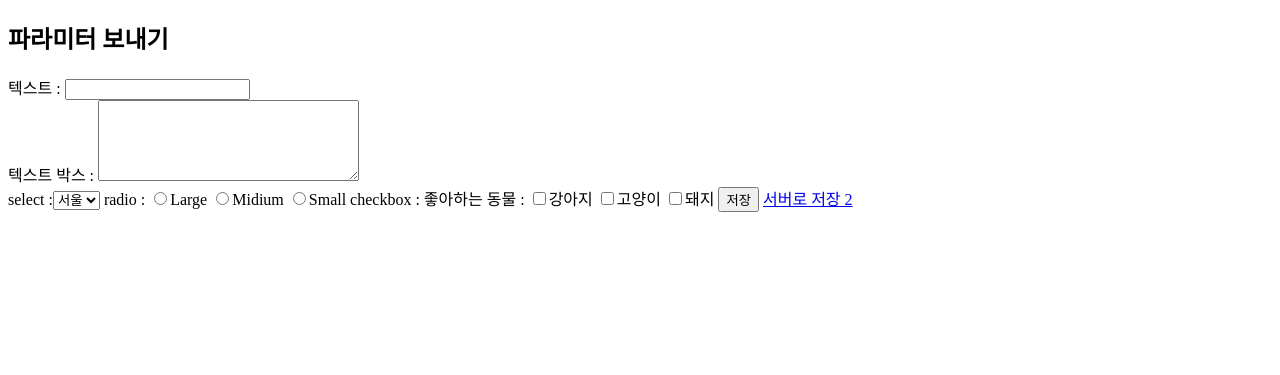
Repository: DrakeJU/eclipse-workspace
Page: Web/WebContent/01/Form.html
These files come from the project's save history. The page is drawn as it stood at one moment and after the next save; the edit follows.
The browser window is 1280 px wide. The pictures show the whole page.

Above is the page before, as saved 2017-10-16 01:45:18.

### Web/WebContent/01/Form.html
<!DOCTYPE html>
<html>
<head>
<meta http-equiv="Content-Type" content="text/html; charset= euc_kr">
<title>requestGetParameter</title>
</head>
<body>
	<h2>파라미터 보내기</h2>
	<!--<form action = /01/requestGetParameter method="post">-->
	<form action = "/GetParameterMapTest" method="post">

		텍스트 : <input type="text" name="name"><br>
		텍스트 박스 : <textarea cols = 30 rows = 5 name = "content"></textarea><br>
	select :<select name = "city">
			<option value = "Seoul">서울</option>
			<option value = "Paris">파리</option>
			<option value = "LA">나성</option>
			</select>
	radio : <input type = "radio" name = "sradio" value = "large">Large</input>
			<input type = "radio" name = "sradio" value = "midium">Midium</input>
			<input type = "radio" name = "sradio" value = "small">Small</input>
	checkbox : 좋아하는 동물 :
			<input type = "checkbox" name = "pet" value = "dog">강아지
			<input type = "checkbox" name = "pet" value = "cat">고양이
			<input type = "checkbox" name = "pet" value = "pig">돼지
			<input type = submit value = "저장">
			<a href = "/GetParamenterNames">서버로  저장 2</a>
	</form>
</body>
</html>

After the next save:
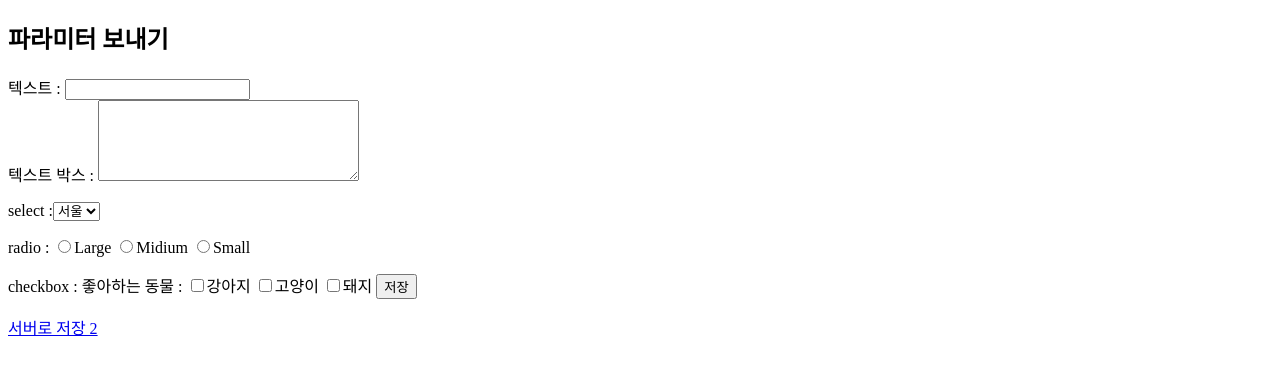
Saved 2 min 32 s later.
--- a/Web/WebContent/01/Form.html
+++ b/Web/WebContent/01/Form.html
@@ -10,20 +10,23 @@
 	<form action = "/GetParameterMapTest" method="post">
 
 		텍스트 : <input type="text" name="name"><br>
-		텍스트 박스 : <textarea cols = 30 rows = 5 name = "content"></textarea><br>
+		텍스트 박스 : <textarea cols = 30 rows = 5 name = "content"></textarea><br> <p>
 	select :<select name = "city">
 			<option value = "Seoul">서울</option>
 			<option value = "Paris">파리</option>
 			<option value = "LA">나성</option>
 			</select>
+			<p>
 	radio : <input type = "radio" name = "sradio" value = "large">Large</input>
 			<input type = "radio" name = "sradio" value = "midium">Midium</input>
 			<input type = "radio" name = "sradio" value = "small">Small</input>
+			<p>
 	checkbox : 좋아하는 동물 :
 			<input type = "checkbox" name = "pet" value = "dog">강아지
 			<input type = "checkbox" name = "pet" value = "cat">고양이
 			<input type = "checkbox" name = "pet" value = "pig">돼지
 			<input type = submit value = "저장">
+			<p>
 			<a href = "/GetParamenterNames">서버로  저장 2</a>
 	</form>
 </body>
